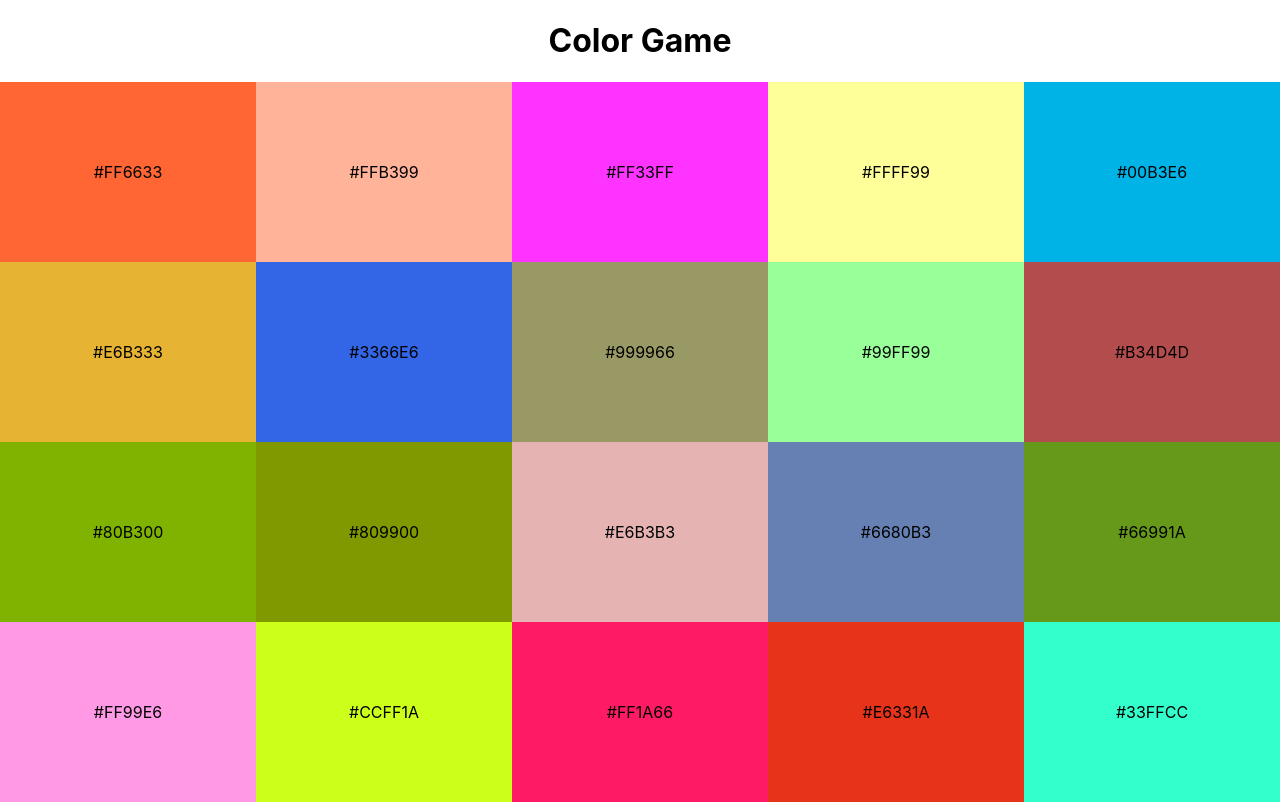
Repository: johnmutina/shades_of_blue
Page: /
The author's editor kept a copy of each file at every save. The page is drawn from the files as they stood at one save, then again after the next save.
The browser window is 1280 px wide. The pictures show the whole page.
The project was rebuilt for these pictures with package versions that can differ from the ones it lists, and the page was loaded fresh each time.

Above is the page before, as saved 2019-06-22 14:47:49.

### src/App.js
import React from 'react';
import ColorBoxes from './ColorBoxes';
import './App.css';

function App() {
  return (
    <div className="App">
      <ColorBoxes />
    </div>
  );
}

export default App;

### src/ColorBoxes.js
import React, { Component } from 'react';
import ColorBox from './ColorBox';

class ColorBoxes extends Component {
    constructor(props){
        super(props);
        this.state = {

        }
        this.handleClick = this.handleClick.bind(this);
    }

    handleClick() {
        console.log("test");
    }

    render(){
        let colorArr = ['#FF6633', '#FFB399', '#FF33FF', '#FFFF99', '#00B3E6', '#E6B333', '#3366E6', '#999966', '#99FF99', '#B34D4D', '#80B300', '#809900', '#E6B3B3', '#6680B3', '#66991A', '#FF99E6', '#CCFF1A', '#FF1A66', '#E6331A', '#33FFCC'];
        // let idx = Math.floor(Math.random() * colorArr.length);
        return (
            <div>
                <h1>Color Game</h1>
                {colorArr.map(el => <ColorBox color={el} allColors={colorArr}/>)}
            </div>
        )
    }
}

export default ColorBoxes;

### src/ColorBox.js
import React, { Component } from 'react';
import './ColorBox.css';

class ColorBox extends Component {
    constructor(props){
        super(props);
        this.state = {
            color: this.props.color
        }
        this.handleClick = this.handleClick.bind(this);
        this.changeColor = this.changeColor.bind(this);
    }

    changeColor() {
        let newColors = this.props.allColors.filter(val => val !== this.props.color)
        let idx = Math.floor(Math.random() * newColors.length);
        this.setState({ color: newColors[idx] });
    }

    handleClick() {
        this.changeColor();
    }

    render(){
        return (
            <div className="ColorBox" style={{backgroundColor: this.state.color}} onClick={this.handleClick}>{this.props.color}</div>
        )
    }
}

export default ColorBox;

### src/ColorBox.css
.ColorBox {
    display: inline-block;
    width: 20%;
    height: 100px;
    padding-top: 80px;
}

Loaded but not shown: public/index.html (common file); src/index.js (common file); src/index.css (common file); src/serviceWorker.js (common file); src/App.css (common file)

After the next save:
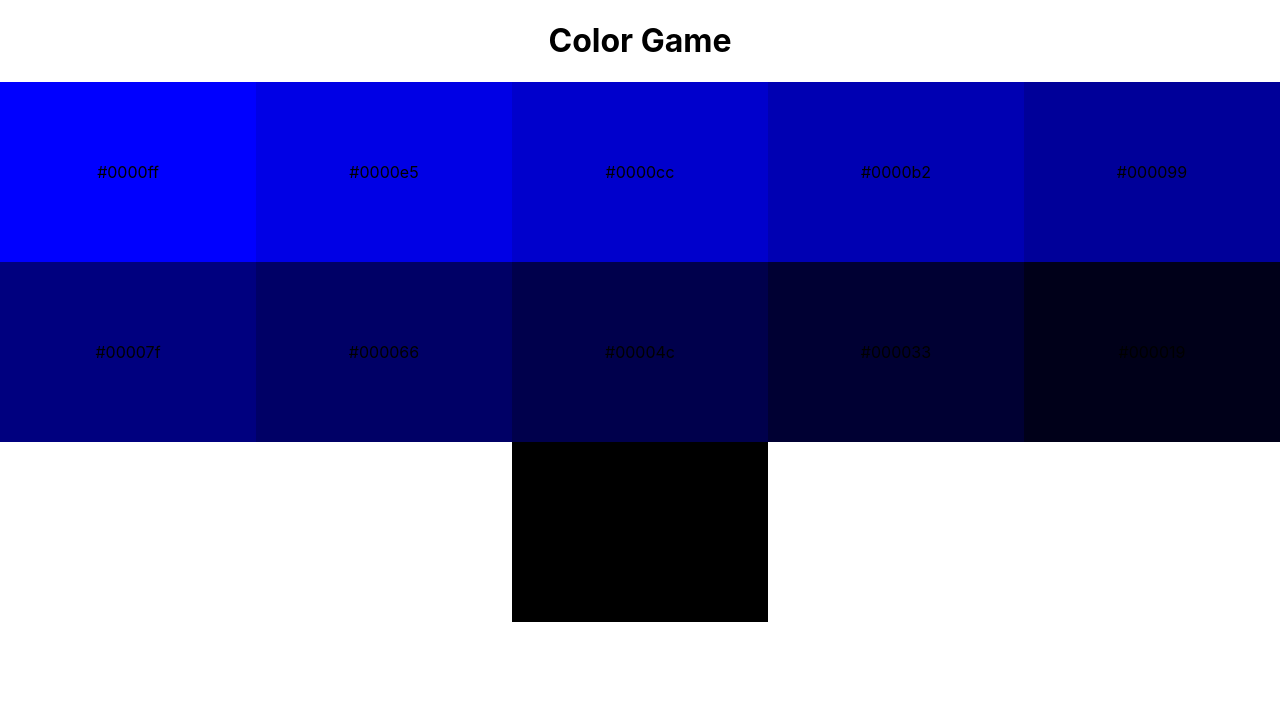
Saved 18 min 1 s later.
--- a/src/ColorBoxes.js
+++ b/src/ColorBoxes.js
@@ -15,7 +15,18 @@ class ColorBoxes extends Component {
     }
 
     render(){
-        let colorArr = ['#FF6633', '#FFB399', '#FF33FF', '#FFFF99', '#00B3E6', '#E6B333', '#3366E6', '#999966', '#99FF99', '#B34D4D', '#80B300', '#809900', '#E6B3B3', '#6680B3', '#66991A', '#FF99E6', '#CCFF1A', '#FF1A66', '#E6331A', '#33FFCC'];
+        let colorArr = ["#0000ff",
+        "#0000e5",
+        "#0000cc",
+        "#0000b2",
+        "#000099",
+        "#00007f",
+        "#000066",
+        "#00004c",
+        "#000033",
+        "#000019",
+        "#000000"]
+        // ['#FF6633', '#FFB399', '#FF33FF', '#FFFF99', '#00B3E6', '#E6B333', '#3366E6', '#999966', '#99FF99', '#B34D4D', '#80B300', '#809900', '#E6B3B3', '#6680B3', '#66991A', '#FF99E6', '#CCFF1A', '#FF1A66', '#E6331A', '#33FFCC'];
         // let idx = Math.floor(Math.random() * colorArr.length);
         return (
             <div>
